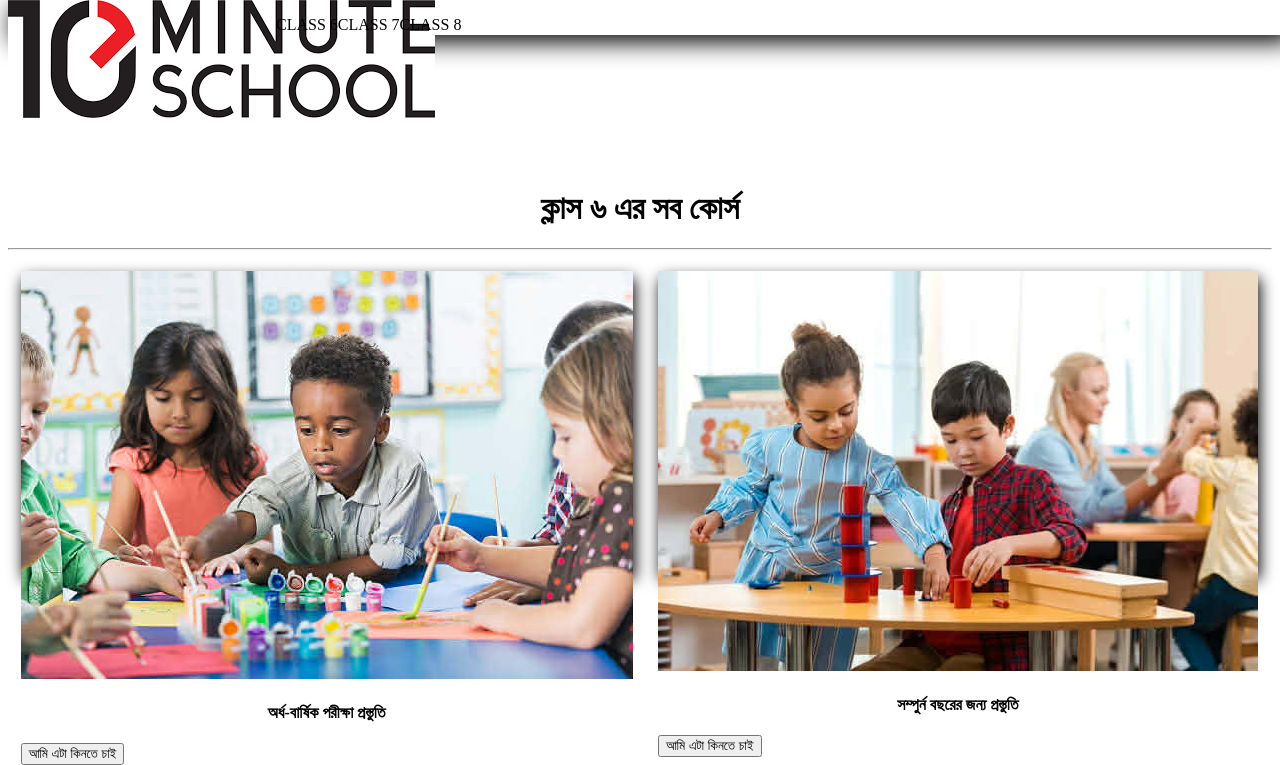
Repository: ridhukhan/10MinuteCourse
Page: /
These files come from the project's save history. The page is drawn as it stood at one moment and after the next save; the edit follows.
The browser window is 1280 px wide. The pictures show the whole page.
The project was rebuilt for these pictures with package versions that can differ from the ones it lists, and the page was loaded fresh each time. Also part of the build but not shown: vite.config.js.

Above is the page before, as saved 2025-12-14 20:02:37.

### index.html
<!doctype html>
<html lang="en">
  <head>
    <meta charset="UTF-8" />
    <link rel="icon" type="image/svg+xml" href="/vite.svg" />
    <meta name="viewport" content="width=device-width, initial-scale=1.0" />
    <title>10minuteschool</title>
  </head>
  <body>
    <div id="root"></div>
    <script type="module" src="/src/main.jsx"></script>
  </body>
</html>

### src/index.css
@media screen and (max-width: 500px){
  *{
    width: 100%;
    padding: 0;
    margin: 0;
  }
}

### src/App.jsx
import { BrowserRouter ,Routes, Route } from "react-router-dom"
import Navber from "./Nav/Navber"
import Home from "./pages/Home"



function App() {

  return (
<div>

<BrowserRouter>
<Navber/>
<Routes>

<Route path="/" element={<Home/>}/>





</Routes>





</BrowserRouter>






</div>
  )
}

export default App

### src/Nav/Navber.jsx
import React from 'react'
import "./Navbar.css"
import mainLogo from "../assets/mainlogo.png"
const Navber = () => {
  return (
    <div className='navBar'>

<div className='navlogo'>
<img src={mainLogo} alt="logo"/>
</div>
<ul>
    <li>CLASS 6</li>
    <li>CLASS 7</li>
    <li>CLASS 8</li>
</ul>
</div>
  )
}

export default Navber

### src/pages/Home.jsx
import React from 'react'
import Class6c from '../Component/Class6c'

const Home = () => {
  return (
    <div>



        <h1 style={{justifyContent:"center", textAlign:"center" ,marginTop:"15%"}}>ক্লাস ৬ এর সব কোর্স</h1>
    <hr />
    <Class6c/>

    </div>
  )
}

export default Home

### src/Nav/Navbar.css
.navBar{
width: 100%;
display: flex;
z-index: 1000;
position: fixed;
top: 0;
height: 35px;
box-shadow: 4px 7px 25px;
}
.navBar .navlogo{
    width: 100px;
    height: 100px;
}
.navBar ul{
    display: flex;
    margin-left: 10%;
}
.navBar ul li{
    list-style: none;
}

### src/Component/Class6c.jsx
import React from 'react'
import "./Class6c.css"
import class61 from '../assets/class61.jpeg'
import class62 from '../assets/class62.jpeg'
const Class6c = () => {
  return (
    <div className='class6main'>
<div className='class61i'>
  <div>
    <img src={class61} alt="class61" />
   </div>
  <div className='class61t'>
    <h4>অর্ধ-বার্ষিক পরীক্ষা প্রস্তুতি</h4>
    <button>আমি এটা কিনতে চাই</button>
  </div>
</div>

<div className='class62i'>
<div>
<img src={class62} alt="class62" />
</div>

<div className='class61t'>
<h4>সম্পুর্ন বছরের জন্য  প্রস্তুতি</h4>
<button>আমি এটা কিনতে চাই</button>
</div>
</div>



    </div>
  )
}

export default Class6c

### src/Component/Class6c.css
.class6main{
    display: flex;
    height: 40vh;
    width: 100%;

}
.class6main .class61i{
    height: 42vh;
    margin: 1%;
   box-shadow: 2px 7px 15px black;
   border-radius: 4px;
}
.class6main .class62i{
      height: 42vh;
    margin: 1%;
   box-shadow: 2px 7px 15px black;
   border-radius: 4px;

}
.class61i h4{
    text-align: center;
}
.class62i h4{
    text-align: center;
}

Loaded but not shown: src/main.jsx (common file)

After the next save:
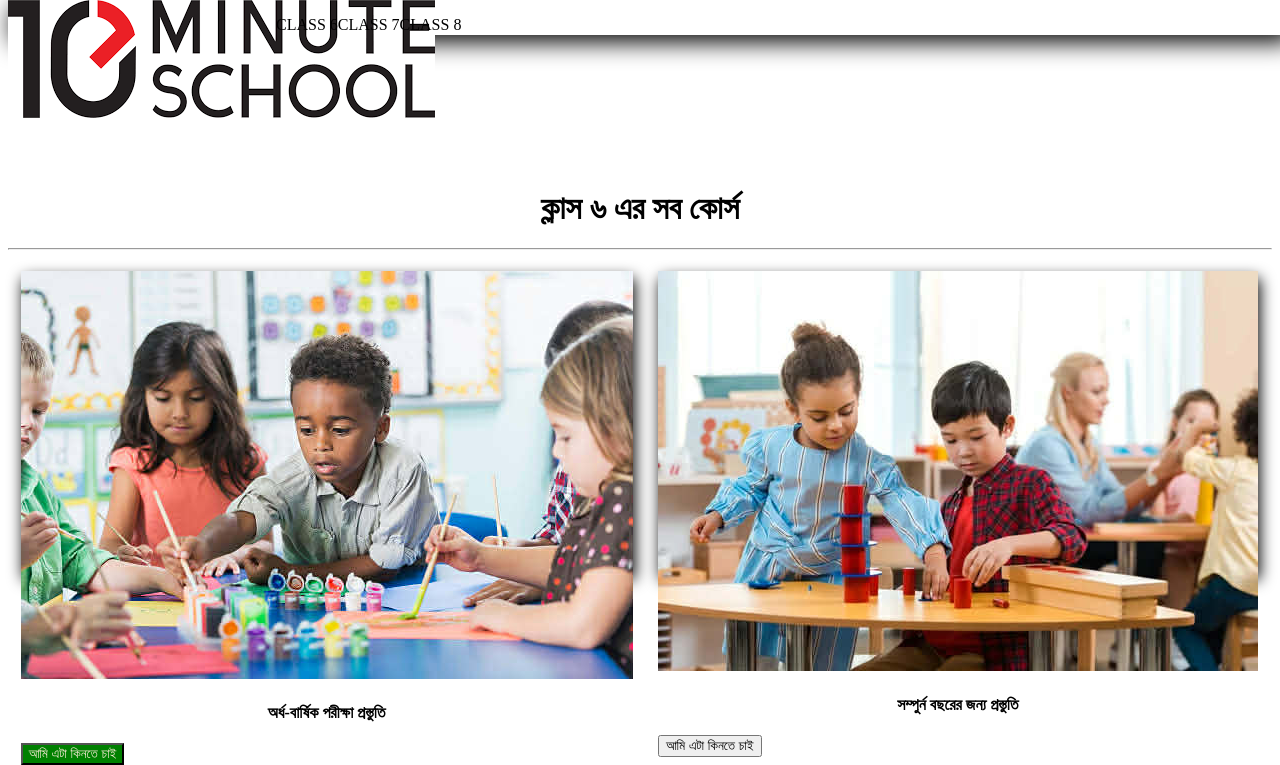
Saved 55 s later.
--- a/src/Component/Class6c.css
+++ b/src/Component/Class6c.css
@@ -23,3 +23,7 @@
 .class62i h4{
     text-align: center;
 }
+.class61i button{
+  background: green;
+  color: antiquewhite;
+}
